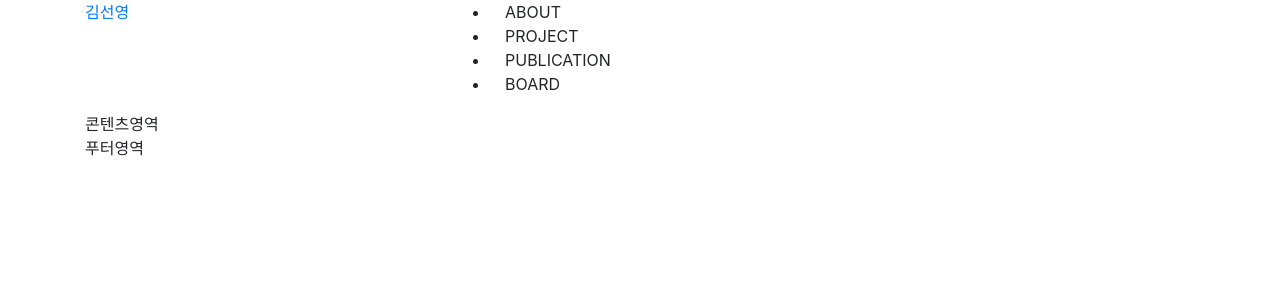
Repository: supremest35/web-projects
Page: http://localhost/noticeboard/
The author's editor kept a copy of each file at every save. The page is drawn from the files as they stood at one save, then again after the next save.
The browser window is 1280 px wide. The pictures show the whole page.
The page is served by Tomcat 9.

Above is the page before, as saved 2020-12-06 03:01:24.

After the next save:
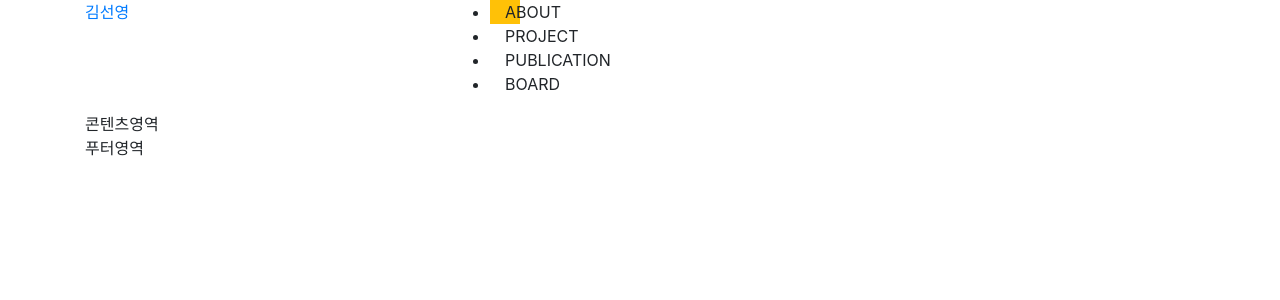
Saved 32 s later.
--- a/noticeboard/WebContent/index.jsp
+++ b/noticeboard/WebContent/index.jsp
@@ -17,7 +17,7 @@
 		<div class="col-2"><a href="index.jsp">김선영</a></div>
 		<div class="col-2"></div>
 		<ul>
-			<li><div class="col-2">ABOUT</div></li>
+			<li><div class="col-2 bg-warning">ABOUT</div></li>
 			<li><div class="col-2">PROJECT</div></li>
 			<li><div class="col-2">PUBLICATION</div></li>
 			<li><div class="col-2">BOARD</div></li>
